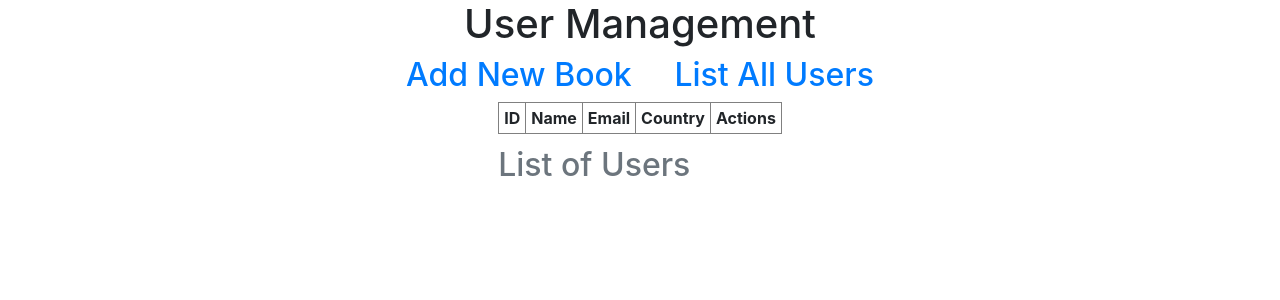
Repository: ntheanh201/A-D-Labs
Page: http://localhost/Lab1-Pro5/book-list.jsp
An editor plug-in stored every save of this project. The page is shown before and after the next save, followed by the edit.
The browser window is 1280 px wide. The pictures show the whole page.
The page is served by Tomcat 9. The template is opened directly, without the code that normally fills it, so the values that code supplies are empty.

Above is the page before, as saved 2020-09-21 07:59:02.

After the next save:
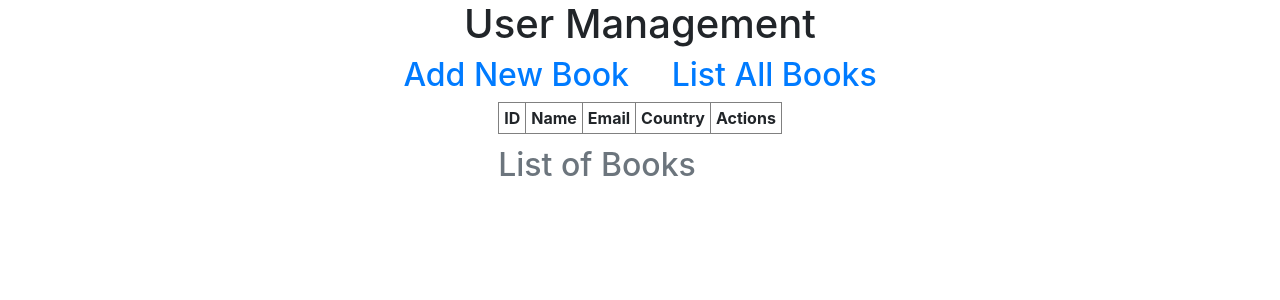
Saved 9 min 52 s later.
--- a/Lab1-Pro5/WebContent/book-list.jsp
+++ b/Lab1-Pro5/WebContent/book-list.jsp
@@ -13,13 +13,13 @@
         <h2>
         	<a href="new">Add New Book</a>
         	&nbsp;&nbsp;&nbsp;
-        	<a href="list">List All Users</a>
+        	<a href="list">List All Books</a>
 
         </h2>
 	</center>
     <div align="center">
         <table border="1" cellpadding="5">
-            <caption><h2>List of Users</h2></caption>
+            <caption><h2>List of Books</h2></caption>
             <tr>
                 <th>ID</th>
                 <th>Name</th>
